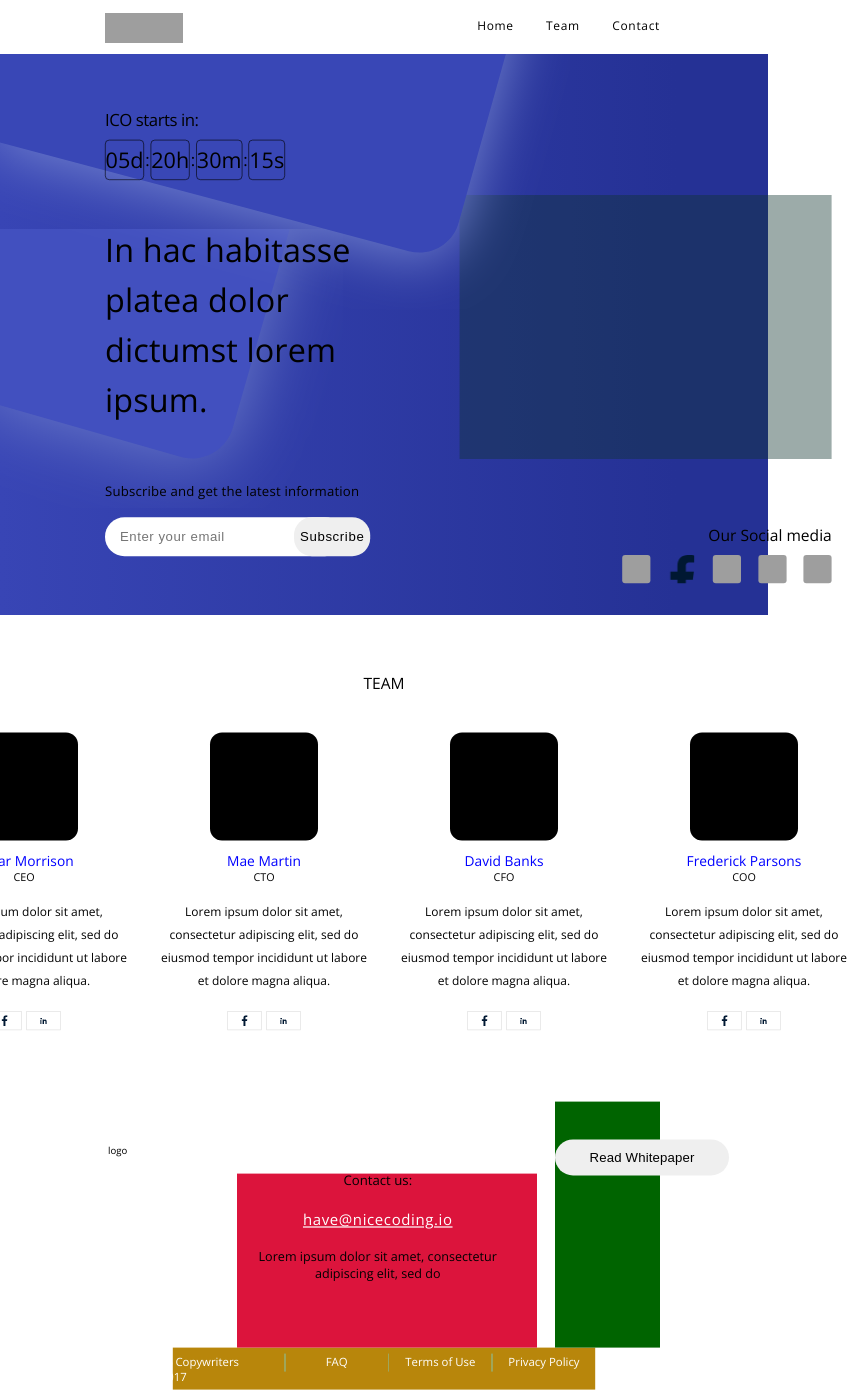
Repository: McGregorSt/newOne
Page: index.html
The author's editor kept a copy of each file at every save. The page is drawn from the files as they stood at one save, then again after the next save.
The browser window is 1280 px wide. The page is 1440 px wide, so the pictures cover 1440 px, including what lies to the right of the window. The pictures show the whole page, at 60% of full size.
Pictures or frames that could not be fetched are drawn as grey boxes.

Above is the page before, as saved 2019-12-16 10:53:23.

### index.html
<!DOCTYPE html>
<html lang="en">
<head>
  <meta charset="UTF-8">
  <meta name="viewport" content="width=device-width, initial-scale=1.0">
  <meta http-equiv="X-UA-Compatible" content="ie=edge">
  <link rel="stylesheet" href="css/style.css">
  <link href="https://fonts.googleapis.com/css?family=Open+Sans:300,300i,400,400i,600,600i,700,700i,800,800i&display=swap" rel="stylesheet">
  <title>Ethworks</title>
</head>
<body>
  <!-- <div class="container"> -->
    <section class="header">
      <div class="header__logo"></div>
      <ul class="header__menu">
        <li class="header__menu__item">Home</li>
        <li class="header__menu__item">Team</li>
        <li class="header__menu__item">Contact</li>
      </ul>
    </section>
    <section class="main">
      <div class="wrapper">
        <div class="subs">
          <div class="subs__timer">
            <span class="subs__timer__header">ICO starts in:</span>
            <div class="subs__timer__global">
              <div class="subs__timer__item">05d</div>
              <div class="subs__timer__item">:</div>
              <div class="subs__timer__item">20h</div>
              <div class="subs__timer__item">:</div>
              <div class="subs__timer__item">30m</div>
              <div class="subs__timer__item">:</div>
              <div class="subs__timer__item">15s</div>
            </div>
          </div>
          <div class="subs__article">In hac habitasse platea dolor dictumst lorem ipsum.</div>
          <div class="subs__email">
            <span class="subs__email__header">Subscribe and get the latest information</span>
            <div class="subs__email__content">
              <input type="email" class="subs__email__input" placeholder="Enter your email">
              <button type="submit" class="subs__email__button">Subscribe</button>
            </div>
          </div>
        </div>

      <div class="media">
        <div class="media__media">
          <div class="media__player"></div>
          <div class="media__social">
            <span class="media__social__header">Our Social media</span>
            <div class="media__social__items">
              <div class="media__social__tt"></div>
              <div class="media__social__fb"></div>
              <div class="media__social__md"></div>
              <div class="media__social__gh"></div>
              <div class="media__social__mail"></div>
            </div>
          </div>
        </div>
    </div>
    </div>
    <div class="subs__subs"></div>
    </section>
    <section class="team">
      <div class="team__header">TEAM</div>
      <div class="team__cards">
        <div class="team__card">
          <div class="team__card__photo"></div>
          <div class="team__card__name">Edgar Morrison</div>
          <div class="team__card__title">CEO</div>
          <div class="team__card__description">Lorem ipsum dolor sit amet, consectetur adipiscing elit, sed do eiusmod tempor incididunt ut labore et dolore magna aliqua. </div>
          <div class="team__card__social">
            <div class="card__social__fb"></div>
            <div class="card__social__in"></div>
          </div>
        </div>
        <div class="team__card">
          <div class="team__card__photo"></div>
          <div class="team__card__name">Mae Martin</div>
          <div class="team__card__title">CTO</div>
          <div class="team__card__description">Lorem ipsum dolor sit amet, consectetur adipiscing elit, sed do eiusmod tempor incididunt ut labore et dolore magna aliqua. </div>
          <div class="team__card__social">
            <div class="card__social__fb"></div>
            <div class="card__social__in"></div>
          </div>
        </div>
        <div class="team__card">
          <div class="team__card__photo"></div>
          <div class="team__card__name">David Banks</div>
          <div class="team__card__title">CFO</div>
          <div class="team__card__description">Lorem ipsum dolor sit amet, consectetur adipiscing elit, sed do eiusmod tempor incididunt ut labore et dolore magna aliqua.</div>
          <div class="team__card__social">
            <div class="card__social__fb"></div>
            <div class="card__social__in"></div>
          </div>
        </div>
        <div class="team__card">
          <div class="team__card__photo"></div>
          <div class="team__card__name">Frederick Parsons</div>
          <div class="team__card__title">COO</div>
          <div class="team__card__description">Lorem ipsum dolor sit amet, consectetur adipiscing elit, sed do eiusmod tempor incididunt ut labore et dolore magna aliqua.</div>
          <div class="team__card__social">
            <div class="card__social__fb"></div>
            <div class="card__social__in"></div>
          </div>
        </div>
      </div>
    </section>
    <section class="footer">
      <div class="footer__main">
        <div class="footer__main__logo">logo</div>
        <div class="footer__main__contact">
          <span>Contact us:</span>
          <span><a href="mailto:#">have@nicecoding.io</a></span>
          <span>Lorem ipsum dolor sit amet, consectetur adipiscing elit, sed do</span>
        </div>
        <div class="footer__main__whitepaper">
          <button type="submit" class="header__whitepaper__button">Read Whitepaper</button>
        </div>
      </div>
      <div class="footer__menu">
        <div class="footer__menu__item">
          <span>&#9400 Copywriters 2017</span>
        </div>
        <div class="footer__menu__separator"></div>
        <div class="footer__menu__item">
          <a href="#">FAQ</a>
        </div>
        <div class="footer__menu__separator"></div>
        <div class="footer__menu__item">
          <a href="#">Terms of Use</a>
        </div>
        <div class="footer__menu__separator"></div>
        <div class="footer__menu__item">
          <a href="#">Privacy Policy</a>
        </div>
      </div>
    </section>
  </!-->
</body>
<script src="js/app.js">


</script>
</html>

### css/style.css
body {
  margin: 0;
  padding: 0;
  box-sizing: border-box;
  font-family: 'Open Sans', sans-serif;
  overflow-y: scroll;
}
/* section header */
.header {
  height: 95px;
  margin: auto;
  margin-top: -5px;
  display: flex;
  justify-content: space-between;
  align-items: center;
  padding: 0 180px;
}
.header__logo {
  width: 130px;
  height: 50px;
  background-image: url('../Assets/logo/dark.svg');
  background-size: cover;
  position: relative;
  left: -5px;
  top: 3px;
}
.header__menu {
  list-style: none;
  display: flex;
  letter-spacing: 1.1px;
  /* font-weight: 300; */
  /* justify-content: space-between; */
  font-size: 20px;
}
.header__menu__item {
  padding: 0 0 0 54px;
}

/* .wrapper {
  position: relative;
  z-index: 100;
} */
/* section main */
.main {
  height: 935px;

}
.main {
  /* background: rgb(56,69,181); */
  background: linear-gradient(90deg, rgba(56,69,181,1) 0%, rgba(37,49,149,1) 88%);
  /* background-image: url('../Assets/BG/Shape1@1x.svg');
  background-repeat: no-repeat;
  background-size: 75%;
  background-position-y: -95px;
  background-position-x: -10px;
  position: relative;
  z-index: 2; */
}
.wrapper {
  display: flex;
  position: relative;

}

.wrapper:after {
  content: "";
  width: 100%;
  height: 100%;
  background-image: url('../Assets/BG/Shape1@1x.svg');
  background-repeat: no-repeat;
  background-size: 75%;
  background-position-y: -95px;
  background-position-x: -10px;
  position: absolute;
  z-index: 10;
  /* filter: url('../Assets/BG/Shape1@1x.svg#filter-2')  */
}

.subs {

  width: 50%;
  font-size: 28px;
  display: flex;
  flex-direction: column;
  padding: 90px 0 60px 175px;
  position: relative;
  z-index: 99;
}
.subs__subs {
  /* width: 50%; */
  height: 800px;
  background-image: url('../Assets/BG/Shape2@1x.svg');
  background-size: 47%;
  top: -730px;
  left: -200px;
  background-position-y: -260px;
  background-position-x: 170px;
  background-repeat: no-repeat;
  position: relative;
  z-index: 1;
  /* filter: url('../Assets/BG/Shape2@1x.svg#filter-2') */
}
.subs__timer {
  /* background-color: thistle; */
  position: relative;
  z-index: 1;
}
.subs__timer__header {
  letter-spacing: -0.8px;
}
.subs__timer__global {
  width: 56.4%;
  display: flex;
  justify-content: space-between;
  padding: 15px 0 40px 0 ;
}
.subs__timer__item {
  width: 88px;
  height: 65px;
  display: flex;
  justify-content: center;
  align-items: center;
}
.subs__timer__item:nth-child(2n+2) {

}
.subs__timer__item:nth-child(2n+1) {
  width: 40%;
  border: 1px solid #000;
  font-size: 36px;
  border-radius: 7px;
}
.subs__article {
  font-size: 54px;
  letter-spacing: 0.2px;
  line-height: 83px;
  padding: 35px 0;
  /* background-color: wheat; */

}
.subs__email {
  /* background-color: yellow; */
  display: flex;
  flex-direction: column;
  font-size: 22px;
  letter-spacing: 0.3px;
  padding: 60px 0;
}
.subs__email__content {
  /* background-color: yellowgreen; */
  height: 100px;
  padding: 30px 0;
}
.subs__email__input {
  height: 63%;
  width: 70%;
  border-radius: 40px;
  font-size: 22px;
  padding-left: 25px;
  letter-spacing: 0.9px;
  outline: none;
  border: 0;
}
.subs__email__input::placeholder {
  /* padding-left: 25px; */
}
.subs__email__button {
  height: 65%;
  width: 24%;
  margin-left: -90px;
  font-size: 22px;
  letter-spacing: 1.05px;
  border: 0;
  border-radius: 30px;
}

.media {
  /* height: 80%; */
  width: 50%;
  /* background-color: tomato; */
}
.media__media {
  height: 100%;
  /* display: flex;
  flex-direction: column; */
  /* justify-content: space-around; */
  padding: 235px 0 0 60px;
}
.media__player {
  width: 620px;
  height: 440px;
  background-color: rgba(15, 51, 47, 0.411);
}
.media__social {
  width: 620px;
  height: 23%;
  display: flex;
  flex-direction: column;
  align-items: flex-end;
  justify-content: center;
  /* background-color: orangered; */
}
.media__social__header {
  font-size: 26px;
  padding: 80px 0 16px 0;

}
.media__social__items {
  width: 56.3%;
  display: flex;
  justify-content: space-between;
}
div.media__social__items > div {
  width: 47px;
  height: 47px;
  /* background-color: olivedrab; */
  border-radius: 5px;
}
.media__social__tt {
  background-image: url('../Assets/Social icons/Twitter@1x.svg');
  background-size: cover;
}
.media__social__fb {
  background-image: url('../Assets/Social icons/Facebook@1x.svg');
  background-size: cover;
}
.media__social__md {
  background-image: url('../Assets/Social icons/Medium@1x.svg');
  background-size: cover;
}
.media__social__gh {
  background-image: url('../Assets/Social icons/Github@1x.svg');
  background-size: cover;
}
.media__social__mail {
  background-image: url('../Assets/Social icons/Telegram@1x.svg');
  background-size: cover;
}


/*
section team
*/

.team {
  display: flex;
  flex-direction: column;
  align-items: center;
  padding: 95px 0 50px 0;
}
.team__header {
  font-size: 26px;
}
.team__cards {
  display: flex;
  justify-content: space-between;
  padding: 60px 0;
}
.team__card {
  height: 500px;
  width: 360px;
  display: flex;
  flex-direction: column;
  justify-content: space-between;
  align-items: center;
  margin: 0 10px;
  /* background-color: palegreen; */
  padding: 5px 10px
}
.team__card__photo {
  width: 180px;
  height: 180px;
  border-radius: 20px;
  background-color: black;

}
.team__card__name {
  font-size: 23px;
  color: blue;
  /* position: relative;
  top: -10px; */
}
.team__card__title {
  font-size: 18px;
  position: relative;
  top: -20px;
}
.team__card__description {
  font-size: 20px;
  text-align: center;
  line-height: 38px;
  position: relative;
  top: -10px;
  padding: 0 5px;
}
.team__card__social {
  display: flex;
  justify-content: space-between;
}
.team__card__social > * {
  width: 55px;
  height: 30px;
  border: 1px solid #ddd;
  margin: 4px;
}
.card__social__fb {
  background-image: url('../Assets//Profil/Facebook@1x.svg');
  background-position: center center;
  background-size:20%;

  background-repeat: no-repeat;
}
.card__social__in {
  background-image: url('../Assets//Profil/linkedin@1x.svg');
  background-position: center center;
  background-repeat: no-repeat;

}




/*
section footer
*/
/*
.footer {
  display: flex;
  flex-direction: column;
  align-items: center;
} */
.footer__main {
  height: 410px;
  display: flex;
  justify-content: space-between;
  padding: 0 180px;
}

/* .footer__header {
  height: 123px;
  width: 100%;
  background-color: cornflowerblue;
  display: flex;
  justify-content: space-between;
  align-items: center;
} */
.footer__main__logo {
  width: 20%;
  margin-top: 70px;

}
.footer__main__contact {
  width: 500px;
  height: 290px;
  background-color: crimson;
  align-self: flex-end;
  display: flex;
  flex-direction: column;
  align-items: center;
}
.footer__main__whitepaper {
  width: 19%;
  background-color: darkgreen;
  padding-top: 33px;
}
.footer__menu {
  height: 60px;
  background-color: darkgoldenrod;
  width:55%;
  margin: auto;
  font-size: 19px;
  display: flex;
  justify-content: space-between;
  padding-top: 10px;
}
.header__whitepaper__button {
  height: 60px;
  width: 290px;
  font-size: 22px;
  letter-spacing: 0.25px;
  border: 0;
  border-radius: 30px;
  position: relative;
  top: 30px;
}
.footer__main__contact > span {
  margin-bottom: 40px;
  font-size: 22px;
  text-align: center;
  position: relative;
  top: -5px;
  left: -15px;
}
.footer__main__contact > span > a {
  font-size: 25px;
  color: #fff;
  letter-spacing: 1px;
  position: relative;
  top: -6px;
}
.footer__main__contact > span:last-child {
  font-size: 21px;
  top: -20px;
}
.footer__menu {

}
.footer__menu__item {
  width: 25%;
  display: flex;
  justify-content: center;
  color: #fff;
}
.footer__menu__item > a {
  text-decoration: none;
  color: #fff;
}
.footer__menu__item:first-child {
  padding-right: 35px;
  margin-left: -20px;

}
.footer__menu__separator {
  width: 2px;
  height: 30px;
  background-color: darkseagreen;
}

### js/app.js
let chi = document.querySelectorAll('.subs__timer__global:nth-child(2n+1)')
console.log(chi)

### Assets/BG/Shape1@1x.svg
<?xml version="1.0" encoding="UTF-8"?>
<svg width="1072px" height="582px" viewBox="0 0 1072 582" version="1.1" xmlns="http://www.w3.org/2000/svg" xmlns:xlink="http://www.w3.org/1999/xlink">
    <!-- Generator: Sketch 47.1 (45422) - http://www.bohemiancoding.com/sketch -->
    <title>BG/Shape1@1x</title>
    <desc>Created with Sketch.</desc>
    <defs>
        <path d="M982.285156,102 L982.285156,370.03125 L210.193802,575.356423 L210.193802,575.356423 C169.990097,586.047947 128.661819,562.429109 117.465781,522.362973 L-9.09494702e-13,102 L982.285156,102 Z" id="path-1"></path>
        <filter x="-16.7%" y="-32.3%" width="133.5%" height="169.1%" filterUnits="objectBoundingBox" id="filter-2">
            <feOffset dx="0" dy="11" in="SourceAlpha" result="shadowOffsetOuter1"></feOffset>
            <feGaussianBlur stdDeviation="53" in="shadowOffsetOuter1" result="shadowBlurOuter1"></feGaussianBlur>
            <feColorMatrix values="0 0 0 0 0.164705882   0 0 0 0 0.219607843   0 0 0 0 0.615686275  0 0 0 1 0" type="matrix" in="shadowBlurOuter1"></feColorMatrix>
        </filter>
    </defs>
    <g id="Page-1" stroke="none" stroke-width="1" fill="none" fill-rule="evenodd">
        <g id="FRONTENT-ZADANIE2">
            <g id="//BG" transform="translate(0.000000, -102.000000)">
                <g id="header-bg">
                    <g id="Rectangle">
                        <g id="BG/Shape1" transform="translate(491.142578, 339.963586) scale(-1, 1) translate(-491.142578, -339.963586) ">
                            <use fill="black" fill-opacity="1" filter="url(#filter-2)" xlink:href="#path-1"></use>
                            <use fill="#3947B6" fill-rule="evenodd" xlink:href="#path-1"></use>
                        </g>
                    </g>
                </g>
            </g>
        </g>
    </g>
</svg>

After the next save:
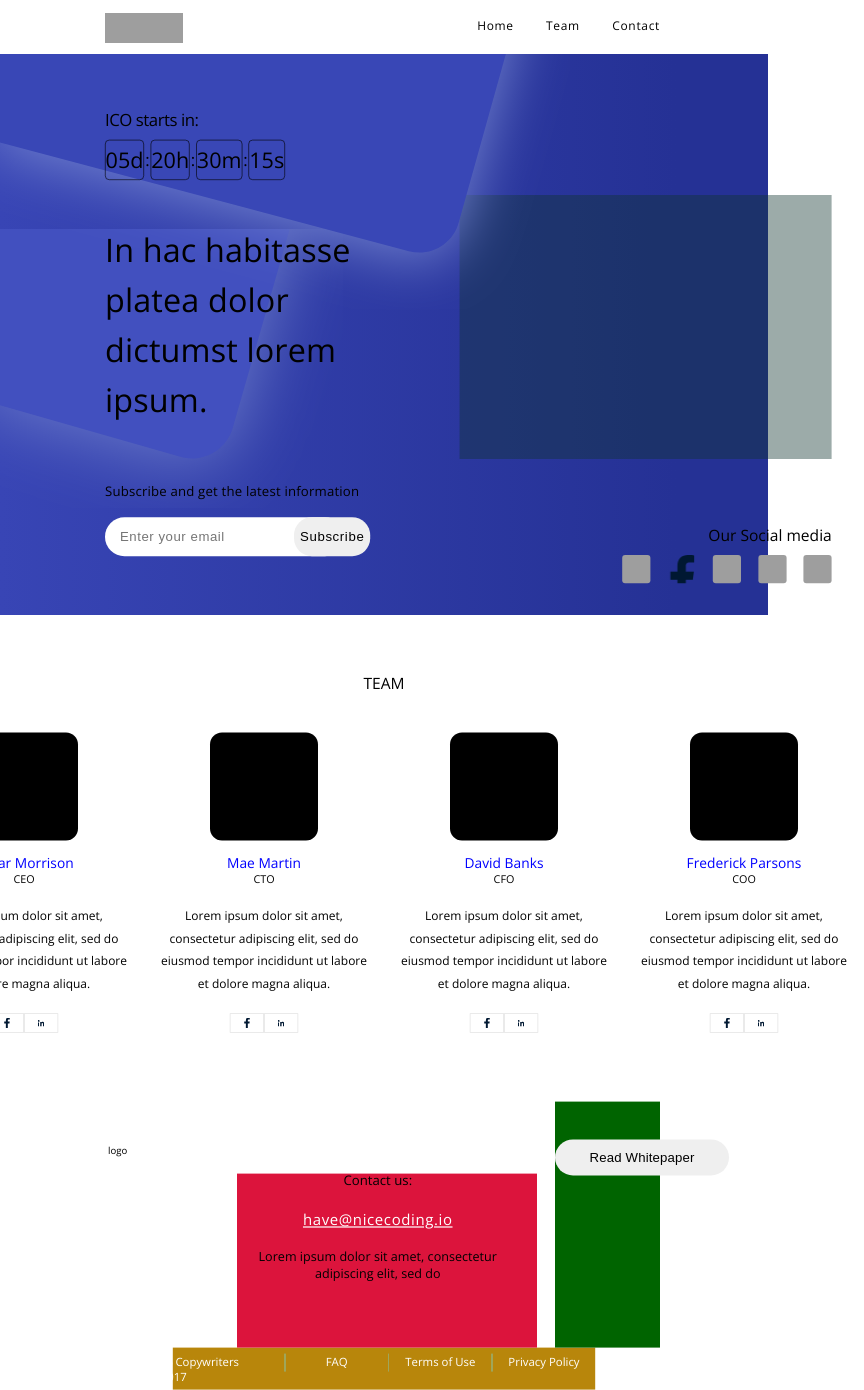
Saved 8 s later.
--- a/css/style.css
+++ b/css/style.css
@@ -301,6 +301,7 @@
   width: 55px;
   height: 30px;
   border: 1px solid #ddd;
+  bo
   margin: 4px;
 }
 .card__social__fb {

After the 2 saves that followed:
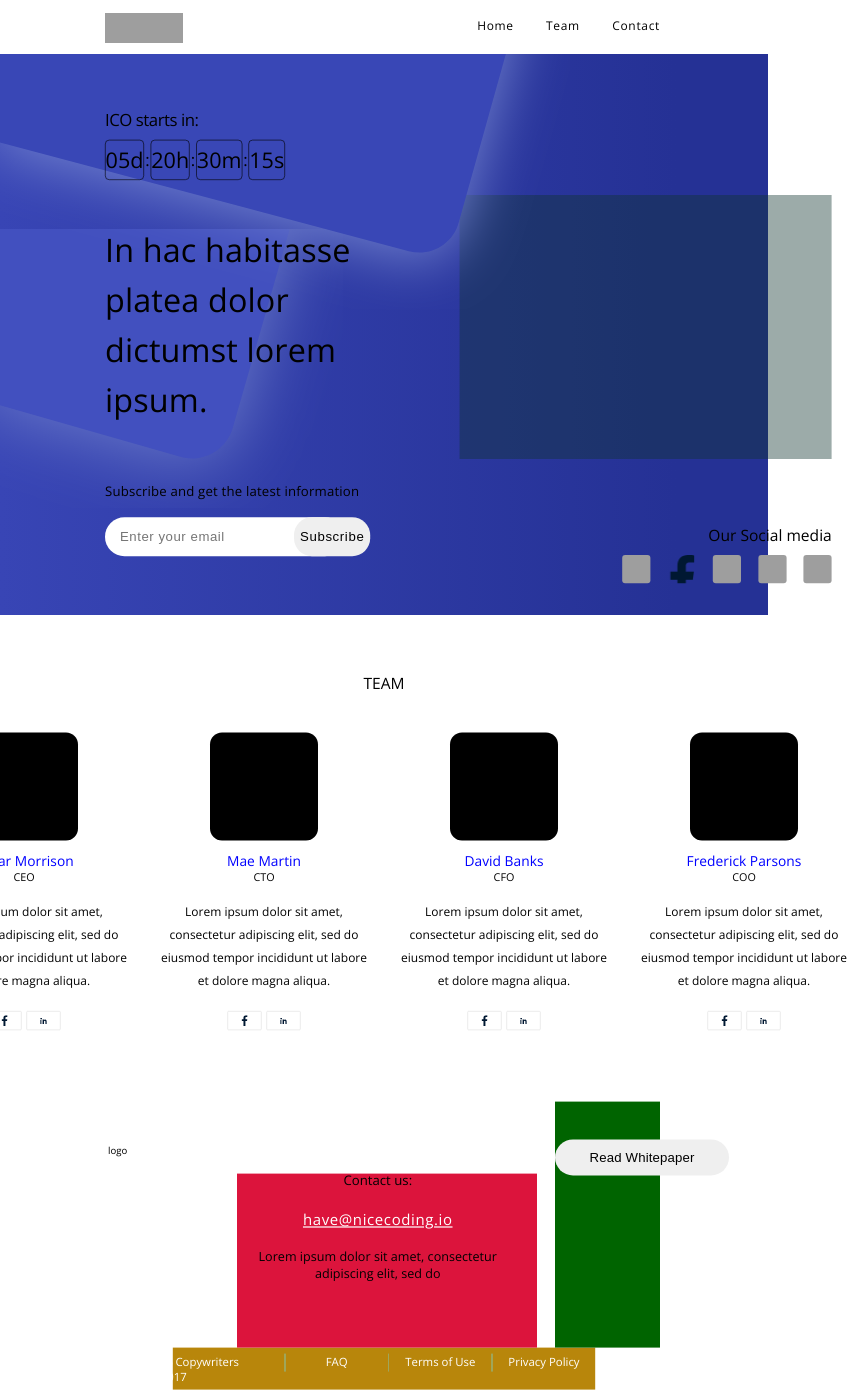
The 2 saves are shown as one change because they came seconds apart.
The last was saved 6 s later.
--- a/css/style.css
+++ b/css/style.css
@@ -301,7 +301,7 @@
   width: 55px;
   height: 30px;
   border: 1px solid #ddd;
-  bo
+  border-radius: 2px;
   margin: 4px;
 }
 .card__social__fb {
